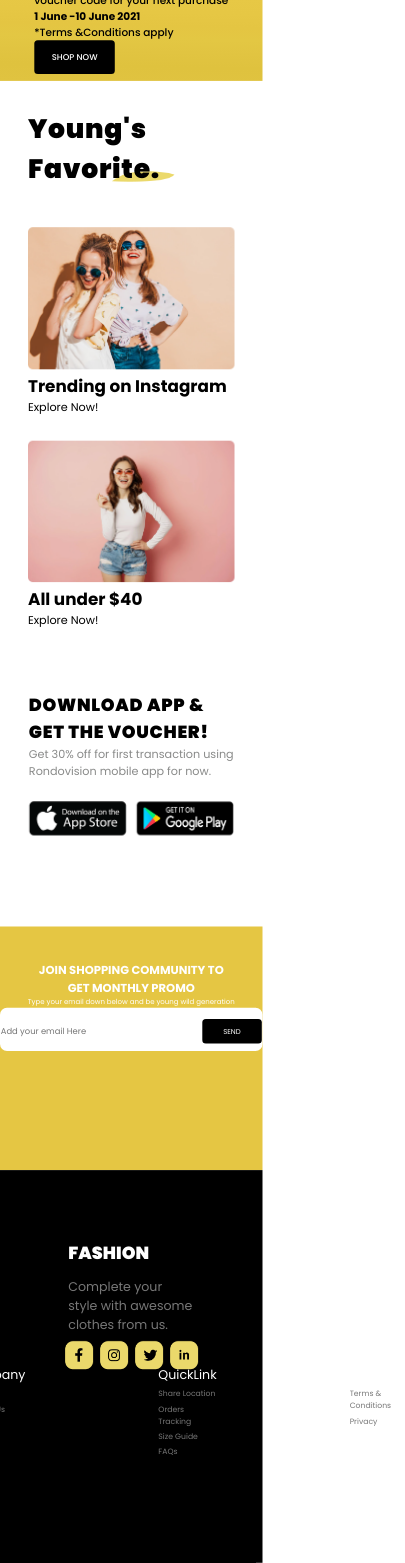
Repository: isaacCodes1/FashionWebsite
Page: index.html
An editor plug-in stored every save of this project. The page is shown before and after the next save, followed by the edit.
The browser window is 375 px wide. The page is 579 px wide, so the pictures cover 579 px, including what lies to the right of the window. The pictures show the part of the page from y = 3291 to 5531 px (the page is 5524 px tall before and 5531 px after), at 70% of full size.

Above is the page before, as saved 2024-03-18 12:04:28.

After the next save:
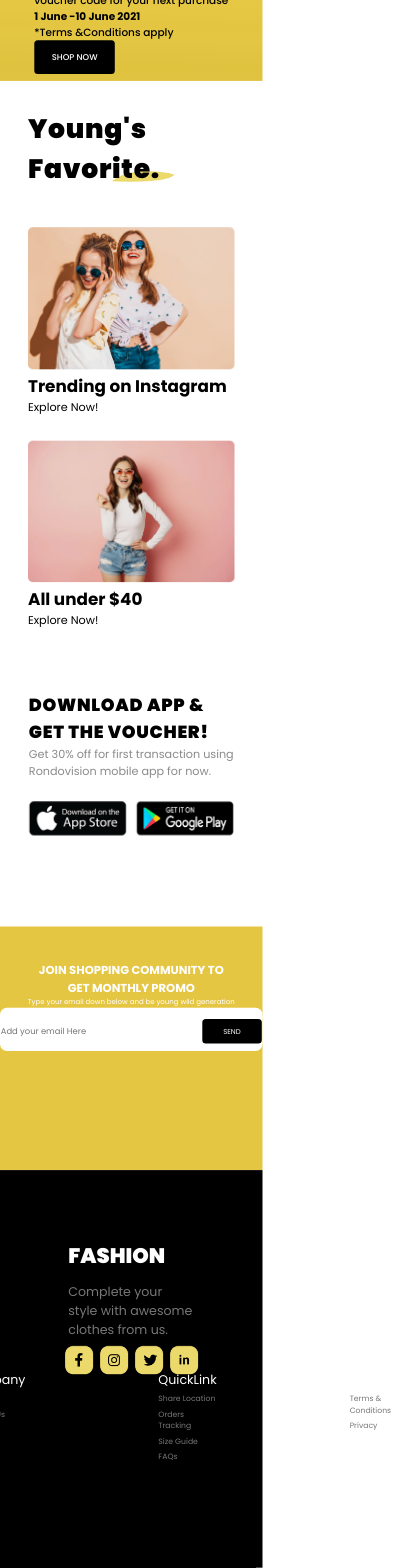
Saved 27 s later.
--- a/Media Query.css
+++ b/Media Query.css
@@ -117,6 +117,7 @@
     display: flex;
     flex-direction: column;
   }
+  .icon
   .footTxt h1 {
     font-size: 25px;
   }

After the save that followed:
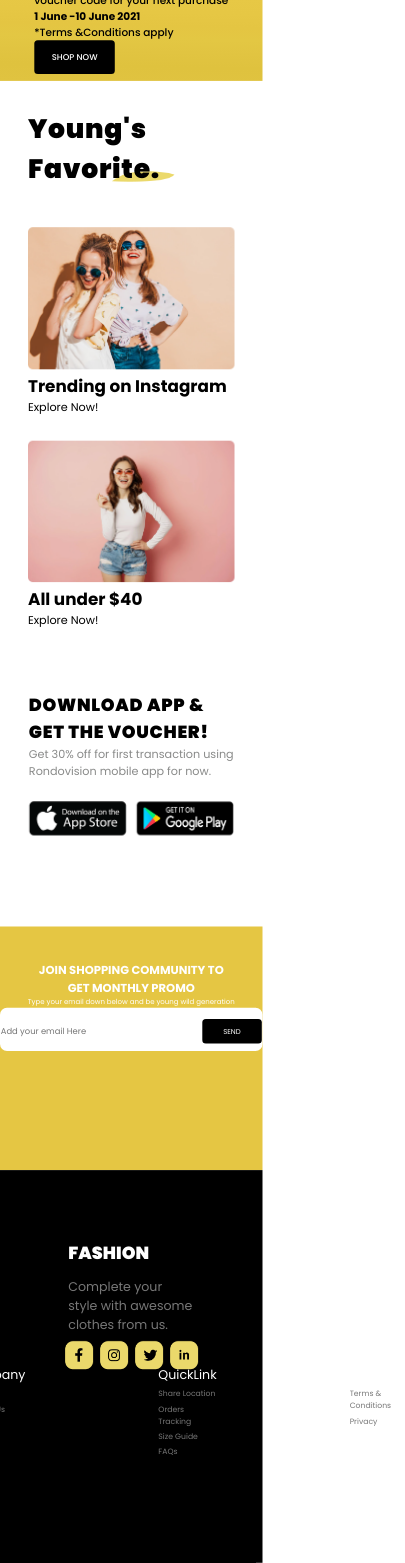
Saved 5 s later.
--- a/Media Query.css
+++ b/Media Query.css
@@ -117,7 +117,9 @@
     display: flex;
     flex-direction: column;
   }
-  .icon
+  .icon a{
+
+  }
   .footTxt h1 {
     font-size: 25px;
   }
